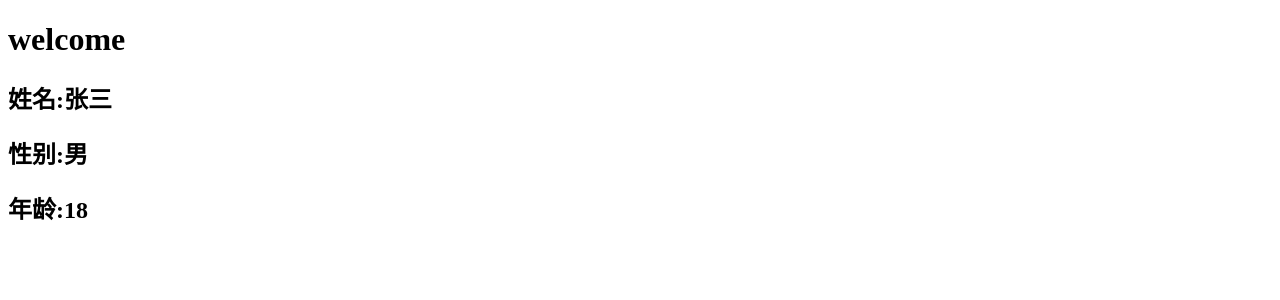
Repository: 319226862/wyy
Page: / (app in vue_test/)
The author's editor kept a copy of each file at every save. The page is drawn from the files as they stood at one save, then again after the next save.
The browser window is 1280 px wide. The pictures show the whole page.
The project was rebuilt for these pictures with package versions that can differ from the ones it lists, and the page was loaded fresh each time. Also part of the build but not shown: vue_test/vue.config.js.

Above is the page before, as saved 2023-06-19 15:03:38.

### vue_test/public/index.html
<!DOCTYPE html>
<html lang="">
  <head>
    <meta charset="utf-8">
    <!-- 针对IE游览器的一个特殊配置，让IE游览器以最高级别的渲染页面 -->
    <meta http-equiv="X-UA-Compatible" content="IE=edge">
    <meta name="viewport" content="width=device-width,initial-scale=1.0">
    <link rel="icon" href="<%= BASE_URL %>favicon.ico">
    <title><%= htmlWebpackPlugin.options.title %></title>
  </head>
  <body>
    <noscript>
      <strong>We're sorry but <%= htmlWebpackPlugin.options.title %> doesn't work properly without JavaScript enabled. Please enable it to continue.</strong>
    </noscript>
    <div id="app"></div>
    <!-- built files will be auto injected -->
  </body>
</html>

### vue_test/src/main.js
// 引入vue
import Vue from 'vue'
// 引入App组件，他所有组件的父组件
import App from './App.vue'

// 关闭vue生产提示
Vue.config.productionTip = false

// 创建vue实例对象--vm
new Vue({
  render: h => h(App),
}).$mount('#app')

### vue_test/src/App.vue
<template>
  <div>
    <School/>
  </div>
</template>

<script>
import School from './components/School.vue'
export default {
  name:'App',
  data(){
    return{
      msg:'Welcome Vue'
    }
  },
  components:{
    School
  },
}
</script>

### vue_test/src/components/School.vue
<template>
    <div>
        <h1>{{ msg }}</h1>
        <h2>姓名:{{ name }}</h2>
        <h2>性别:{{ sex }}</h2>
        <h2>年龄:{{ age }}</h2>
    </div>
</template>

<script>
export default {
    name: 'School',
    data(){
        return{
            msg: 'welcome',
            name: '张三',
            sex: '男',
            age: 18,
        }
    }
}
</script>

After the next save:
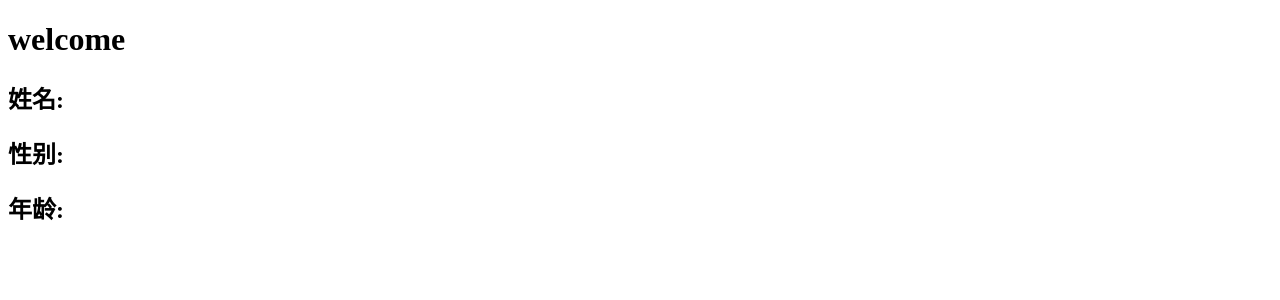
Saved 2 min 53 s later.
--- a/vue_test/src/components/School.vue
+++ b/vue_test/src/components/School.vue
@@ -13,10 +13,8 @@ export default {
     data(){
         return{
             msg: 'welcome',
-            name: '张三',
-            sex: '男',
-            age: 18,
         }
-    }
+    },
+    props:['name','sex','age']
 }
 </script>
